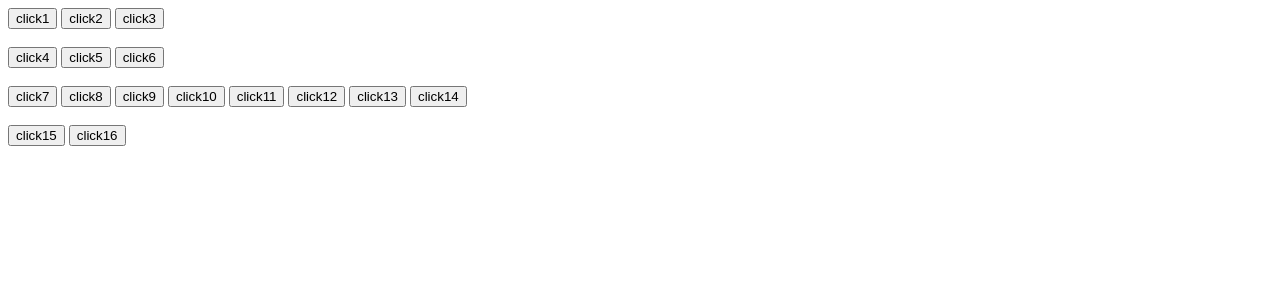
Repository: hong-bi/JsonStudy
Page: JsonApp01/WebContent/JsonTest10.html
An editor plug-in stored every save of this project. The page is shown before and after the next save, followed by the edit.
The browser window is 1280 px wide. The pictures show the whole page.

Above is the page before, as saved 2019-05-31 07:03:47.

### JsonApp01/WebContent/JsonTest10.html
<meta charset="UTF-8">
<script type="text/javascript">

	var obj6 =
	[
		"test"
	]

	var obj6_1 =
	[
		"test1","test2"
	]

	var obj6_2 =
	[
		"test1","test2",123, 123+1
	]


</script>

<form>

	<input type="button" value="click1" onclick="alert(obj6)">
	<input type="button" value="click2" onclick="alert(obj6_1)">
	<input type="button" value="click3" onclick="alert(obj6_2)">

	<br><br>

	<input type="button" value="click4" onclick="alert(typeof obj6)">
	<input type="button" value="click5" onclick="alert(typeof obj6_1)">
	<input type="button" value="click6" onclick="alert(typeof obj6_2)">
	<br><br>

	<input type="button" value="click7" onclick="alert(obj6[0])">

	<input type="button" value="click8" onclick="alert(typeof obj6[0])">

	<input type="button" value="click9" onclick="alert(obj6[1])">

	<input type="button" value="click10" onclick="alert(obj6_1[0])">
	<input type="button" value="click11" onclick="alert(obj6_1[1])">

	<input type="button" value="click12" onclick="alert(typeof obj6_1[0])">
	<input type="button" value="click13" onclick="alert(typeof obj6_1[1])">

	<input type="button" value="click14" onclick="alert(obj6_1[0] + obj6_1[1])">

	<br><br>

	<input type="button" value="click15" onclick="alert(typeof obj6_2[1])">
	<input type="button" value="click16" onclick="alert(typeof obj6_2[2])">

</form>

After the next save:
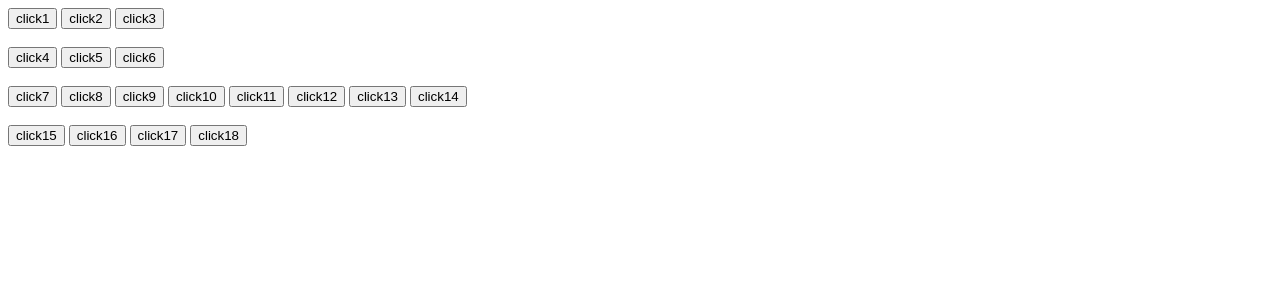
Saved 66 s later.
--- a/JsonApp01/WebContent/JsonTest10.html
+++ b/JsonApp01/WebContent/JsonTest10.html
@@ -48,7 +48,12 @@
 
 	<br><br>
 
-	<input type="button" value="click15" onclick="alert(typeof obj6_2[1])">
-	<input type="button" value="click16" onclick="alert(typeof obj6_2[2])">
+	<input type="button" value="click15" onclick="alert(obj6_2[1])">
+	<input type="button" value="click16" onclick="alert(obj6_2[2])">
+
+	<input type="button" value="click17" onclick="alert(typeof obj6_2[1])">
+	<input type="button" value="click18" onclick="alert(typeof obj6_2[2])">
+
+
 
 </form>
